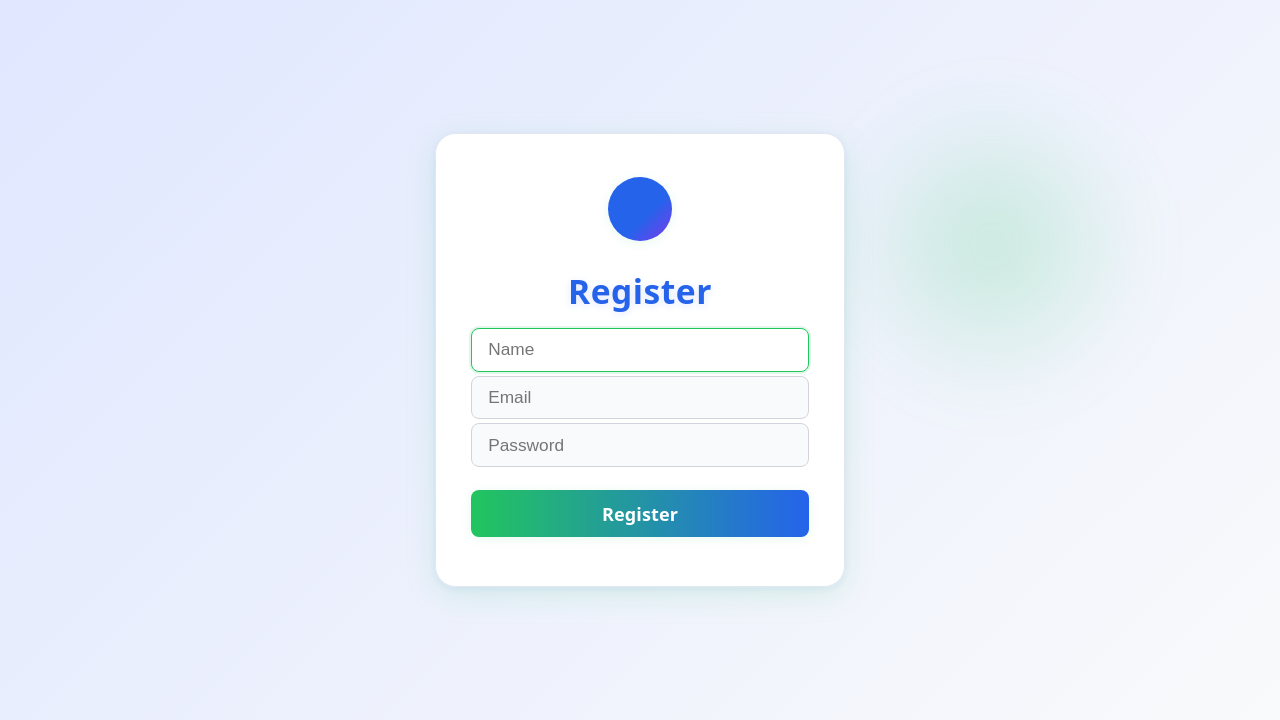
Repository: him021204/Task-Manager
Page: /register (app in client/)
These files come from the project's save history. The page is drawn as it stood at one moment and after the next save; the edit follows.
The browser window is 1280 px wide. The pictures show the whole page.
The first visible `.register-input` has the focus.
The page's requests for data from a server got no answer. The project was rebuilt for these pictures with package versions that can differ from the ones it lists, and the page was loaded fresh each time. No one was signed in, and anything a server would have sent is missing. Also part of the build but not shown: client/vite.config.js, client/src/pages/Dashboard.css, client/src/pages/Dashboard.jsx, client/src/pages/Login.css, client/src/pages/Login.jsx, client/src/pages/Analytics.css, client/src/pages/Analytics.jsx, client/src/pages/CalendarView.css and 1 more.

Above is the page before, as saved 2025-06-19 20:02:42.

### client/src/main.jsx
import React from 'react';
import ReactDOM from 'react-dom/client';
import App from './App.jsx';
import './index.css';
import 'react-big-calendar/lib/css/react-big-calendar.css';
ReactDOM.createRoot(document.getElementById('root')).render(
  <React.StrictMode>
    <App />
  </React.StrictMode>,
);

### client/src/App.jsx
import 'react-big-calendar/lib/css/react-big-calendar.css';
import { BrowserRouter as Router, Routes, Route } from 'react-router-dom';
import { SocketProvider } from './context/SocketContext';
import { AuthProvider } from './context/AuthContext';
import Home from './pages/Home';
import Dashboard from './pages/Dashboard';
import Login from './pages/Login';
import Register from './pages/Register';
import Analytics from './pages/Analytics';
import CalendarView from './pages/CalendarView';
import { ToastContainer } from 'react-toastify';
import 'react-toastify/dist/ReactToastify.css';

const App = () => {
  // You can also remove the dark state if not needed
  // const [dark, setDark] = useState(false);
  return (
    <div className="min-h-screen bg-gray-100 text-black">
      <AuthProvider>
        <SocketProvider>
          <Router>
            <main className="pt-12 px-2 max-w-7xl mx-auto">
              <Routes>
                <Route path="/" element={<Login />} />
                <Route path="/home" element={<Home />} />
                <Route path="/dashboard" element={<Dashboard />} />
                <Route path="/register" element={<Register />} />
                <Route path="/analytics" element={<Analytics />} />
                <Route path="/calendar" element={<CalendarView />} />
              </Routes>
            </main>
          </Router>
          <ToastContainer position="top-right" autoClose={3000} />
        </SocketProvider>
      </AuthProvider>
    </div>
  );
};

export default App;

### client/src/context/SocketContext.jsx
import { createContext, useContext, useEffect } from 'react';
import { socket } from '../utils/socket';

const SocketContext = createContext();

export const SocketProvider = ({ children }) => {
  useEffect(() => {
    return () => socket.disconnect();
  }, []);

  return (
    <SocketContext.Provider value={socket}>
      {children}
    </SocketContext.Provider>
  );
};

export const useSocket = () => useContext(SocketContext);

### client/src/context/AuthContext.jsx
import { createContext, useContext, useEffect, useState } from 'react';
import axios from 'axios';

export const AuthContext = createContext();

export const AuthProvider = ({ children }) => {
  const [user, setUser] = useState(null);
  const [token, setToken] = useState(localStorage.getItem('token'));

  useEffect(() => {
    if (token) {
      axios.defaults.headers.common['Authorization'] = `Bearer ${token}`;
      setUser(JSON.parse(localStorage.getItem('user')));
    }
  }, [token]);

  const login = (data) => {
    localStorage.setItem('token', data.token);
    localStorage.setItem('user', JSON.stringify(data.user));
    setUser(data.user);
    setToken(data.token);
  };

  const logout = () => {
    localStorage.clear();
    setUser(null);
    setToken(null);
  };

  return (
    <AuthContext.Provider value={{ user, login, logout }}>
      {children}
    </AuthContext.Provider>
  );
};

export const useAuth = () => useContext(AuthContext);

### client/src/pages/Home.jsx
import React from 'react';
import { Link, useNavigate } from 'react-router-dom';
import { useEffect } from 'react';
import './Home.css';

const features = [
  {
    title: "Project Organization",
    desc: "Easily create, manage, and prioritize all your projects in one place with intelligent categorization.",
    icon: (
      <svg className="feature-icon blue-icon" fill="none" stroke="currentColor" strokeWidth="2" viewBox="0 0 24 24">
        <rect x="3" y="4" width="18" height="6" rx="2" />
        <rect x="3" y="14" width="9" height="6" rx="2" />
        <rect x="15" y="14" width="6" height="6" rx="2" />
      </svg>
    ),
  },
  {
    title: "Kanban Boards",
    desc: "Visualize your workflow with drag-and-drop simplicity. Track progress like never before.",
    icon: (
      <svg className="feature-icon green-icon" fill="none" stroke="currentColor" strokeWidth="2" viewBox="0 0 24 24">
        <rect x="3" y="5" width="4" height="14" rx="2" />
        <rect x="10" y="5" width="4" height="9" rx="2" />
        <rect x="17" y="5" width="4" height="4" rx="2" />
      </svg>
    ),
  },
  {
    title: "Team Collaboration",
    desc: "Real-time updates, seamless communication, and synchronized teamwork across all devices.",
    icon: (
      <svg className="feature-icon purple-icon" fill="none" stroke="currentColor" viewBox="0 0 24 24">
        <circle cx="8" cy="8" r="3" />
        <circle cx="16" cy="8" r="3" />
        <path d="M2 20v-2a4 4 0 014-4h4a4 4 0 014 4v2" />
        <path d="M17 20v-2a4 4 0 013-3.87" />
      </svg>
    ),
  },
];

const Login = () => {
  const navigate = useNavigate();

  useEffect(() => {
    // If token exists, redirect to home
    if (localStorage.getItem('token')) {
      navigate('/home'); // or navigate('/') if your home route is "/"
    }
  }, [navigate]);

  // ...rest of your component...
};

const Home = () => {
  const handleGetStartedHover = (e) => {
    e.target.style.transform = 'translateY(-8px)';
    e.target.style.boxShadow = '0 25px 50px rgba(37, 99, 235, 0.4)';
  };

  const handleGetStartedLeave = (e) => {
    e.target.style.transform = 'translateY(0)';
    e.target.style.boxShadow = '0 20px 40px rgba(37, 99, 235, 0.3)';
  };

  const handleStatHover = (e) => {
    e.target.style.transform = 'translateY(-12px)';
    e.target.style.boxShadow = '0 30px 60px rgba(0, 0, 0, 0.15)';
  };

  const handleStatLeave = (e) => {
    e.target.style.transform = 'translateY(0)';
    e.target.style.boxShadow = '0 20px 40px rgba(0, 0, 0, 0.1)';
  };

  const handleFeatureHover = (e) => {
    e.target.style.transform = 'translateY(-16px)';
    e.target.style.boxShadow = '0 40px 80px rgba(0, 0, 0, 0.15)';
  };

  const handleFeatureLeave = (e) => {
    e.target.style.transform = 'translateY(0)';
    e.target.style.boxShadow = '0 30px 60px rgba(0, 0, 0, 0.1)';
  };

  const handleTrialButtonHover = (e) => {
    e.target.style.transform = 'translateY(-8px)';
    e.target.style.background = '#f8fafc';
  };

  const handleTrialButtonLeave = (e) => {
    e.target.style.transform = 'translateY(0)';
    e.target.style.background = 'white';
  };

  const handleFooterLinkHover = (e) => {
    e.target.style.color = '#2563eb';
  };

  const handleFooterLinkLeave = (e) => {
    e.target.style.color = '#64748b';
  };

  return (
    <div className="home-container">
      {/* Navigation Bar */}
      <nav className="navbar">
        <div className="nav-content">
          <span className="logo">Task Manager</span>
          <div className="nav-links">
            <Link to="/home" className="nav-link active">Home</Link>
            <Link to="/dashboard" className="nav-link">Dashboard</Link>
            <Link to="/analytics" className="nav-link">Analytics</Link>
            <Link to="/calendar" className="nav-link">Calendar</Link>
            <Link to="/" className="nav-link">Login</Link>
          </div>
        </div>
      </nav>

      {/* Welcome Message */}
      <div className="welcome-banner">
      </div>

      {/* Hero Section */}
      <header className="hero-section">
        {/* Background Elements */}
        <div className="bg-element bg-element-1"></div>
        <div className="bg-element bg-element-2"></div>

        <div className="hero-content">
          <div className="hero-text">
            {/* Main Heading */}
            <div className="main-heading">
              <h1 className="heading-line-1">Boost Your Productivity</h1>
            </div>

            {/* Subtitle */}
            <p className="subtitle">
              Transform chaos into clarity. Manage tasks, projects, and teams with the most
              <span className="highlight"> intuitive platform </span>
              designed for modern workflows.
            </p>

            {/* CTA Buttons */}
            <div className="cta-container">
              <Link
                to="/"
                className="cta-button"
                onMouseEnter={handleGetStartedHover}
                onMouseLeave={handleGetStartedLeave}
              >
                <span>Get Started Free</span>
                <svg width="20" height="20" fill="none" stroke="currentColor" viewBox="0 0 24 24">
                  <path strokeLinecap="round" strokeLinejoin="round" strokeWidth="2" d="M13 7l5 5m0 0l-5 5m5-5H6"></path>
                </svg>
              </Link>
            </div>
          </div>

          {/* Stats Section */}
          <div className="stats-grid">
            {[
              { number: "10K+", label: "Tasks Completed Daily", icon: "📋", gradient: "gradient-blue" },
              { number: "99.9%", label: "Uptime Guarantee", icon: "⚡", gradient: "gradient-green" },
              { number: "Real-time", label: "Team Collaboration", icon: "👥", gradient: "gradient-purple" }
            ].map((stat, idx) => (
              <div
                key={idx}
                className="stat-card"
                onMouseEnter={handleStatHover}
                onMouseLeave={handleStatLeave}
              >
                <div className="stat-icon">{stat.icon}</div>
                <div className={`stat-number ${stat.gradient}`}>
                  {stat.number}
                </div>
                <div className="stat-label">
                  {stat.label}
                </div>
              </div>
            ))}
          </div>
        </div>
      </header>

      {/* Features Section */}
      <section className="features-section">
        <div className="features-container">
          {/* Section Header */}
          <div className="section-header">
            <h2 className="features-title">Powerful Features</h2>
            <p className="features-subtitle">
              Everything you need to transform your workflow and achieve unprecedented productivity
            </p>
          </div>

          {/* Features Grid */}
          <div className="features-grid">
            {features.map((feature, idx) => (
              <div
                key={idx}
                className="feature-card"
                onMouseEnter={handleFeatureHover}
                onMouseLeave={handleFeatureLeave}
              >
                {/* Icon */}
                <div className="feature-icon-container">
                  {feature.icon}
                </div>

                {/* Content */}
                <h3 className="feature-title">{feature.title}</h3>
                <p className="feature-description">{feature.desc}</p>
              </div>
            ))}
          </div>

          {/* Bottom CTA */}
          <div className="bottom-cta">
            <div className="cta-card">
              <div className="cta-overlay"></div>
              <div className="cta-content">
                <h3 className="cta-title">
                  Ready to Transform Your Productivity?
                </h3>
                <p className="cta-subtitle">
                  Join thousands of teams who've revolutionized their workflow
                </p>
                <Link
                  to="/"
                  className="trial-button"
                  onMouseEnter={handleTrialButtonHover}
                  onMouseLeave={handleTrialButtonLeave}
                >
                  <span>Start Your Free Trial</span>
                  <svg width="24" height="24" fill="none" stroke="currentColor" viewBox="0 0 24 24">
                    <path strokeLinecap="round" strokeLinejoin="round" strokeWidth="2" d="M13 7l5 5m0 0l-5 5m5-5H6"></path>
                  </svg>
                </Link>
              </div>
            </div>
          </div>
        </div>
      </section>

      {/* Footer */}
      <footer className="footer">
        <div className="footer-content">
          <p className="footer-text">
            © {new Date().getFullYear()} Task Manager. Built for teams and individuals who value productivity.
          </p>
          <div className="footer-links">
            {["Privacy Policy", "Terms of Service", "Contact Us"].map((link, idx) => (
              <a
                key={idx}
                href="#"
                className="footer-link"
                onMouseEnter={handleFooterLinkHover}
                onMouseLeave={handleFooterLinkLeave}
              >
                {link}
              </a>
            ))}
          </div>
        </div>
      </footer>
    </div>
  );
};

export default Home;

### client/src/pages/Register.jsx
import { useState } from 'react';
import axios from 'axios';
import { useNavigate } from 'react-router-dom';
import './Register.css';

const Register = () => {
  const [form, setForm] = useState({ name: '', email: '', password: '' });
  const [loading, setLoading] = useState(false);
  const [error, setError] = useState('');
  const navigate = useNavigate();

  const handleSubmit = async (e) => {
    e.preventDefault();
    setLoading(true);
    setError('');
    try {
      await axios.post('http://localhost:5000/api/auth/register', form);
      navigate('/login');
    } catch (err) {
      setError(
        err.response?.data?.error ||
        'Registration failed. Please try again.'
      );
    } finally {
      setLoading(false);
    }
  };

  return (
    <div className="register-bg">
      <form onSubmit={handleSubmit} className="register-form">
        <div className="register-avatar">
          {/* Example SVG icon */}
          <svg viewBox="0 0 24 24" fill="none">
            <circle cx="12" cy="8" r="4" />
            <path d="M4 20c0-4 16-4 16 0" />
          </svg>
        </div>
        <h2 className="register-title">Register</h2>
        {error && <div className="register-alert">{error}</div>}
        <input
          className="register-input"
          type="text"
          placeholder="Name"
          value={form.name}
          onChange={e => setForm({ ...form, name: e.target.value })}
          required
        />
        <input
          className="register-input"
          type="email"
          placeholder="Email"
          value={form.email}
          onChange={e => setForm({ ...form, email: e.target.value })}
          required
        />
        <input
          className="register-input"
          type="password"
          placeholder="Password"
          value={form.password}
          onChange={e => setForm({ ...form, password: e.target.value })}
          required
        />
        <button className="register-btn" type="submit" disabled={loading}>
          {loading ? 'Registering...' : 'Register'}
        </button>
      </form>
    </div>
  );
};

export default Register;

### client/src/pages/Register.css
.register-bg {
  min-height: 100vh;
  width: 100vw;
  display: flex;
  align-items: center;
  justify-content: center;
  background: linear-gradient(135deg, #e0e7ff 0%, #f9fafb 100%);
  padding: 3rem 1rem;
  position: relative;
  overflow: hidden;
}

/* Decorative blurred circle for depth */
.register-bg::before {
  content: "";
  position: absolute;
  top: 12%;
  left: 65%;
  width: 320px;
  height: 320px;
  background: radial-gradient(circle, #22c55e33 0%, transparent 70%);
  filter: blur(30px);
  z-index: 0;
  pointer-events: none;
}

/* Glassy register card */
.register-form {
  width: 100%;
  max-width: 410px;
  background: rgba(255,255,255,0.97);
  border-radius: 1.3rem;
  box-shadow: 0 8px 32px rgba(34, 197, 94, 0.13), 0 2px 8px rgba(37, 99, 235, 0.08);
  padding: 2.7rem 2.2rem 2rem 2.2rem;
  margin: 0 auto;
  border: 1.5px solid #e0e7ef;
  transition: box-shadow 0.2s;
  backdrop-filter: blur(2px);
  position: relative;
  z-index: 1;
  display: flex;
  flex-direction: column;
  align-items: center;
}

/* Logo or avatar area */
.register-avatar {
  width: 64px;
  height: 64px;
  border-radius: 50%;
  background: linear-gradient(135deg, #2563eb 60%, #7c3aed 100%);
  display: flex;
  align-items: center;
  justify-content: center;
  margin: 0 auto 1.1rem auto;
  box-shadow: 0 2px 12px rgba(34, 197, 94, 0.10);
}
.register-avatar svg {
  width: 38px;
  height: 38px;
  color: #fff;
}

.register-title {
  margin-top: 0.5rem;
  text-align: center;
  font-size: 2.1rem;
  font-weight: 900;
  color: #2563eb;
  letter-spacing: 0.5px;
  margin-bottom: 0.7rem;
  text-shadow: 0 2px 8px #e0e7ff;
}

.register-alert {
  background: #fef2f2;
  border: 1.5px solid #fecaca;
  color: #dc2626;
  padding: 0.85rem 1.2rem;
  border-radius: 0.7rem;
  margin-bottom: 1.1rem;
  font-size: 1.05rem;
  text-align: center;
  font-weight: 500;
  letter-spacing: 0.1px;
}

.register-label {
  display: block;
  font-size: 1.07rem;
  font-weight: 600;
  color: #334155;
  margin-bottom: 0.25rem;
  letter-spacing: 0.1px;
}

.register-input {
  width: 100%;
  padding: 0.65rem 1rem;
  border: 1.5px solid #d1d5db;
  border-radius: 0.5rem;
  font-size: 1.08rem;
  color: #1e293b;
  background: #f8fafc;
  margin-bottom: 0.25rem;
  transition: border 0.2s, box-shadow 0.2s;
  font-weight: 500;
}

.register-input:focus {
  outline: none;
  border-color: #22c55e;
  background: #fff;
  box-shadow: 0 0 0 2px #22c55e22;
}

.register-input.error {
  border-color: #f87171;
  background: #fef2f2;
}

.register-error {
  color: #dc2626;
  font-size: 0.98rem;
  margin-bottom: 0.5rem;
  font-weight: 500;
}

.register-btn {
  width: 100%;
  display: flex;
  justify-content: center;
  align-items: center;
  padding: 0.7rem 0;
  background: linear-gradient(90deg, #22c55e 0%, #2563eb 100%);
  color: #fff;
  font-weight: 700;
  font-size: 1.13rem;
  border: none;
  border-radius: 0.5rem;
  margin-top: 1.2rem;
  margin-bottom: 1.1rem;
  cursor: pointer;
  transition: background 0.2s, box-shadow 0.2s;
  box-shadow: 0 2px 12px rgba(34, 197, 94, 0.10);
  letter-spacing: 0.1px;
}

.register-btn:disabled {
  background: #cbd5e1;
  cursor: not-allowed;
  box-shadow: none;
}

.register-btn:hover:not(:disabled) {
  background: linear-gradient(90deg, #16a34a 0%, #2563eb 100%);
  box-shadow: 0 4px 16px rgba(34, 197, 94, 0.13);
}

.register-links {
  display: flex;
  justify-content: space-between;
  align-items: center;
  margin-top: 0.7rem;
  width: 100%;
}

.register-link-btn {
  background: none;
  border: none;
  color: #22c55e;
  font-weight: 600;
  font-size: 1.01rem;
  cursor: pointer;
  padding: 0;
  transition: color 0.2s;
  letter-spacing: 0.1px;
}

.register-link-btn:hover {
  color: #2563eb;
  text-decoration: underline;
}

@media (max-width: 500px) {
  .register-form {
    padding: 1.2rem 0.5rem 1rem 0.5rem;
    min-width: 0;
  }
  .register-title {
    font-size: 1.3rem;
  }
}

Loaded but not shown: client/index.html (common file); client/src/index.css (common file); client/src/utils/socket.js (2 lines, source omitted); client/src/pages/Home.css (542 lines, source omitted)

After the next save:
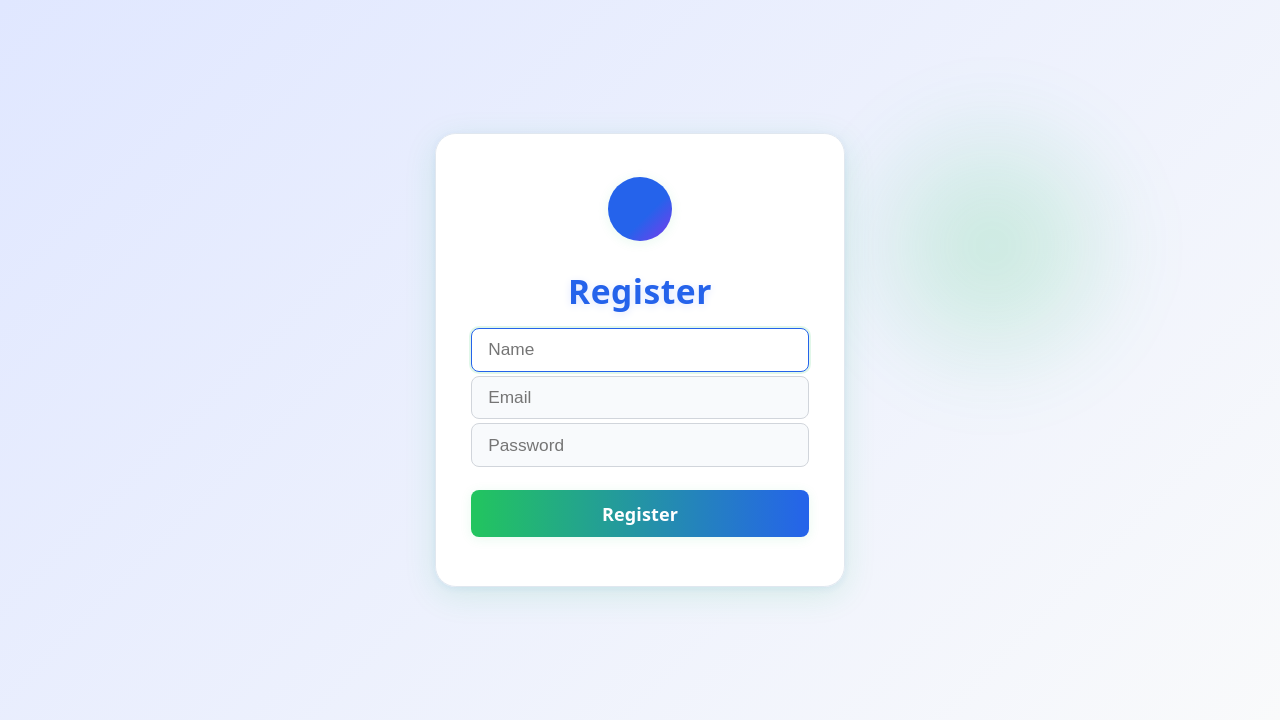
Saved 30 s later.
--- a/client/src/pages/Register.css
+++ b/client/src/pages/Register.css
@@ -109,7 +109,7 @@
 
 .register-input:focus {
   outline: none;
-  border-color: #22c55e;
+  border-color: #2563eb;
   background: #fff;
   box-shadow: 0 0 0 2px #22c55e22;
 }
